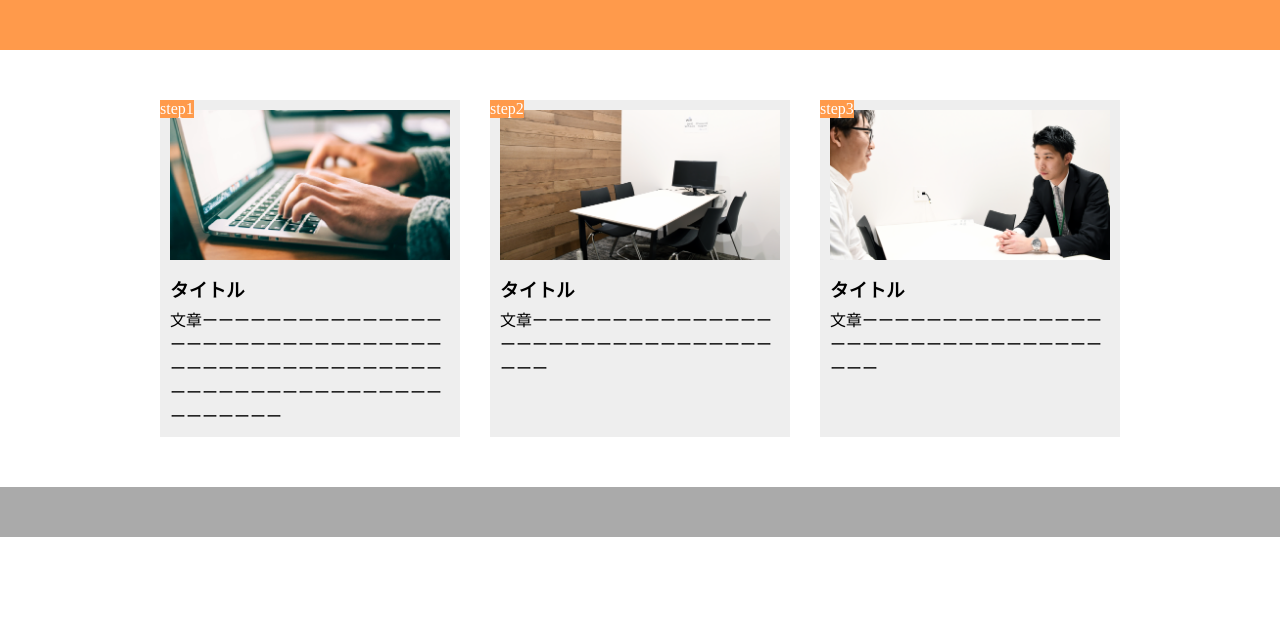
Repository: yuu3176/theme1
Page: 1-9-2/1-9-2.html
The author's editor kept a record of every edit. The page is drawn from the files as they stood at one moment, then again after the next edit.
The browser window is 1280 px wide. The pictures show the whole page.

Above is the page before.

### 1-9-2/1-9-2.html
<!DOCTYPE html>
<html lang="ja">
  <head>
    <meta charset="utf-8">
    <link rel="stylesheet" href="1-9-2.css">
    <title>1-9-2</title>
  </head>

  <body>
    <header></header>
    <main>
      <div class="box">
        <div class="box-step">
          <p>step1</p>
        </div>
        <div class="box-image1"></div>
        <section class="box-text">
          <h3>タイトル</h3>
        </section>
          <p>文章ーーーーーーーーーーーーーーーーーーーーーーーーーーーーーーーーーーーーーーーーーーーーーーーーーーーーーーーーーーーーーーーーーーーーーーーーー</p>
      </div>
      <div class="box">
        <div class="box-step">
          <p>step2</p>
        </div>
        <div class="box-image2"></div>
        <section class="box-text">
          <h3>タイトル</h3>
        </section>
          <p>文章ーーーーーーーーーーーーーーーーーーーーーーーーーーーーーーーーーーー</p>
      </div>
      <div class="box">
        <div class="box-step">
          <p>step3</p>
        </div>
        <div class="box-image3"></div>
        <section class="box-text">
          <h3>タイトル</h3>
          </section>
          <p>文章ーーーーーーーーーーーーーーーーーーーーーーーーーーーーーーーーーーー</p>
      </div>
    </main>
    <footer></footer>
  </body>
</html>

### 1-9-2/1-9-2.css
*{
  margin: 0;
  padding: 0;
  box-sizing: border-box;
}

header{
  height: 50px;
  background-color: #ff9a4b;
}

main{
  width: 960px;
  margin: 50px auto;
  display: flex;
}

.box{
  width: 300px;
  margin-right: 30px;
  padding: 10px;
  position: relative;
  background-color: #eeeeee;
}

.box:last-child{
  margin-right: 0;
}

.box-step{
  position: absolute;
  top: 0;
  left: 0;
  background-color: #ff9a4b;
  color: #fff;
}

.box-image1{
  height: 150px;
  background-image: url(img/flow01.png);
  background-position: bottom;
  background-size: cover;
}

.box-image2{
  height: 150px;
  background-image: url(img/flow02.png);
  background-position: bottom;
  background-size: cover;
}

.box-image3{
  height: 150px;
  background-image: url(img/flow03.png);
  background-position: bottom;
  background-size: cover;
}

.box-text{
  margin: 15px 0 5px;
}

footer{
  height: 50px;
  background-color: #aaaaaa;
}

@media screen and (max-width:768px){
  header{
    width: 100%;
  }

  main{
    width: 100%;
    margin: 50px auto;
    display: block;
  }

  .box{
    width: 90%;
    margin-bottom: 20px;
    margin-left: 5%;
    margin-right: 5%;
  }

  .box:last-child{
    margin-bottom: 0;
  }

  .box-image1 .box-image2 .box-image3{
    height: 150px;
  }

  footer{
    width: 100%;
  }

After the next edit:
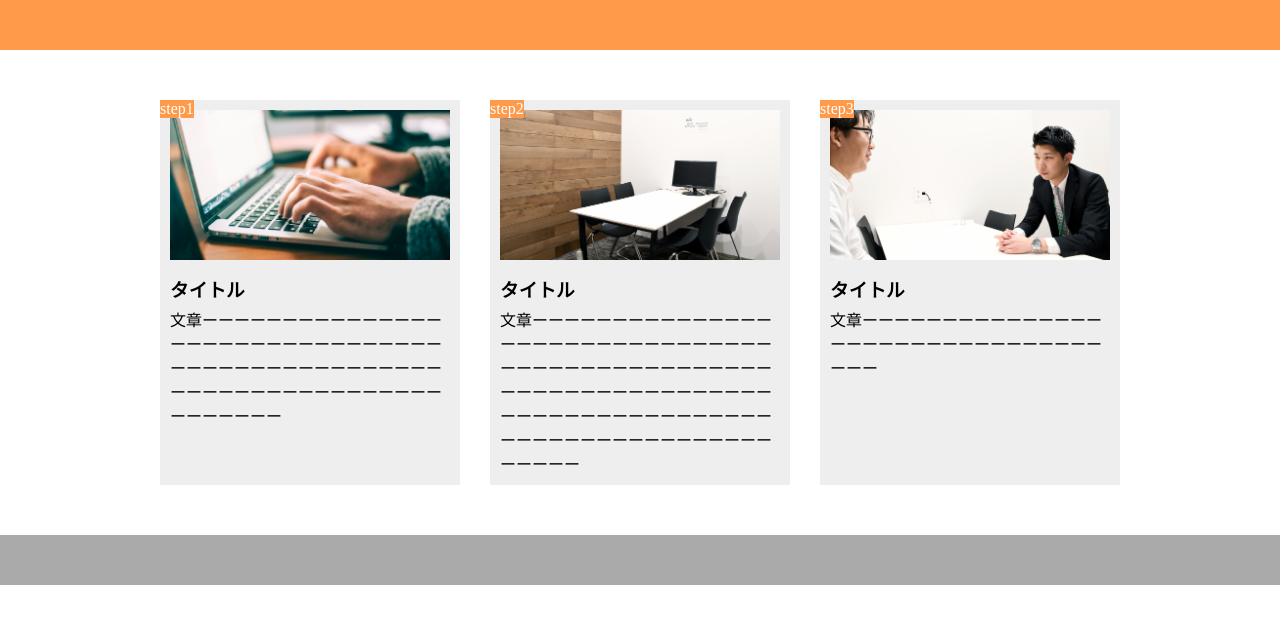
The edit:
--- a/1-9-2/1-9-2.html
+++ b/1-9-2/1-9-2.html
@@ -27,7 +27,7 @@
         <section class="box-text">
           <h3>タイトル</h3>
         </section>
-          <p>文章ーーーーーーーーーーーーーーーーーーーーーーーーーーーーーーーーーーー</p>
+          <p>文章ーーーーーーーーーーーーーーーーーーーーーーーーーーーーーーーーーーーーーーーーーーーーーーーーーーーーーーーーーーーーーーーーーーーーーーーーーーーーーーーーーーーーーーーーーーーーーーーーーーーーーーーーー</p>
       </div>
       <div class="box">
         <div class="box-step">
